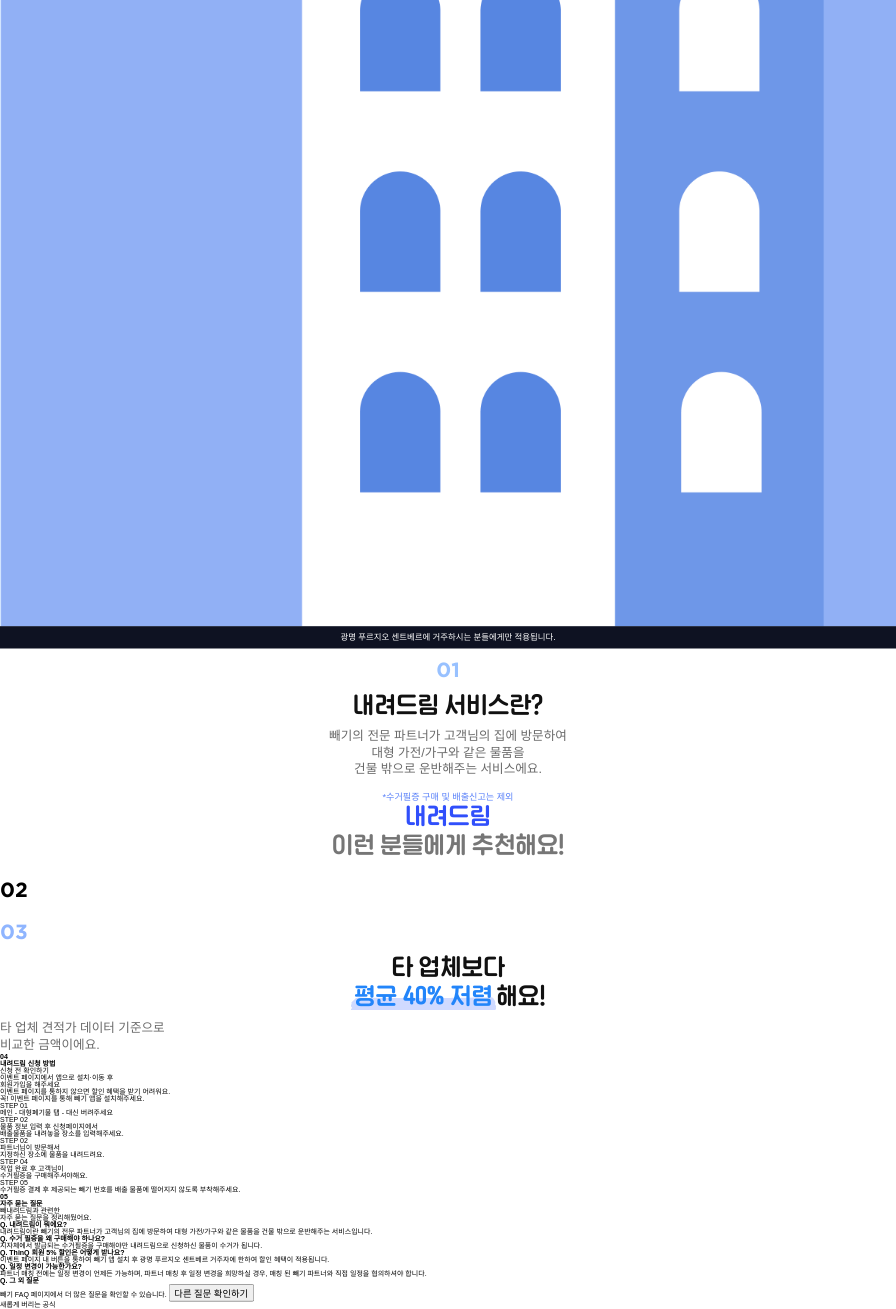
Repository: seraLeeDev/lgthinq-test
Page: index2.html
The author's editor kept a copy of each file at every save. The page is drawn from the files as they stood at one save, then again after the next save.
The browser window is 1280 px wide. The pictures show the part of the page from y = 2548 to 4468 px (the page is 4418 px tall before and 4468 px after), at 70% of full size.
Some web fonts or font styles are not loaded; a fallback is used.

Above is the page before, as saved 2023-03-14 15:01:39.
Console error: ReferenceError: AOS is not defined

After the next save:
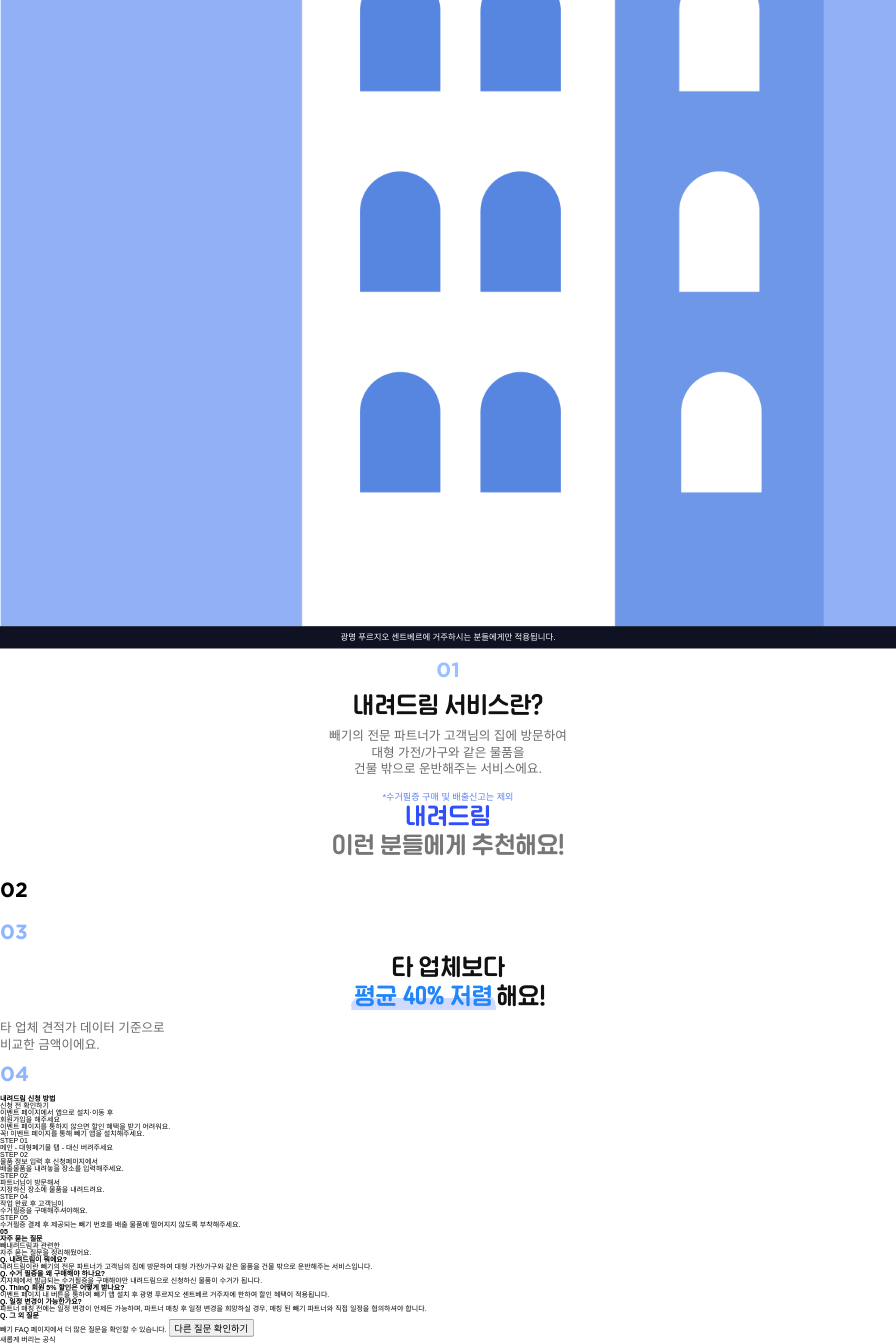
Saved 24 s later.
--- a/index2.html
+++ b/index2.html
@@ -147,7 +147,7 @@
         </section>
         <!-- 04. 내려드림 신청 방법 -->
         <section>
-          <b>04</b>
+          <b class="index text-blue-04">04</b>
           <h2>내려드림 신청 방법</h2>
           <div>
             <span>신청 전 확인하기</span>
